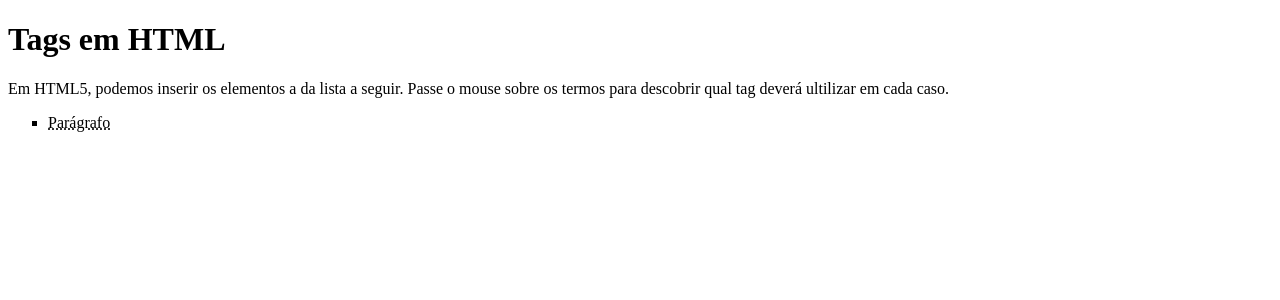
Repository: pheonix5/Estudo
Page: html-css/desafio/d006/inde.html
The author's editor kept a copy of each file at every save. The page is drawn from the files as they stood at one save, then again after the next save.
The browser window is 1280 px wide. The pictures show the whole page.

Above is the page before, as saved 2023-08-02 20:41:10.

After the next save:
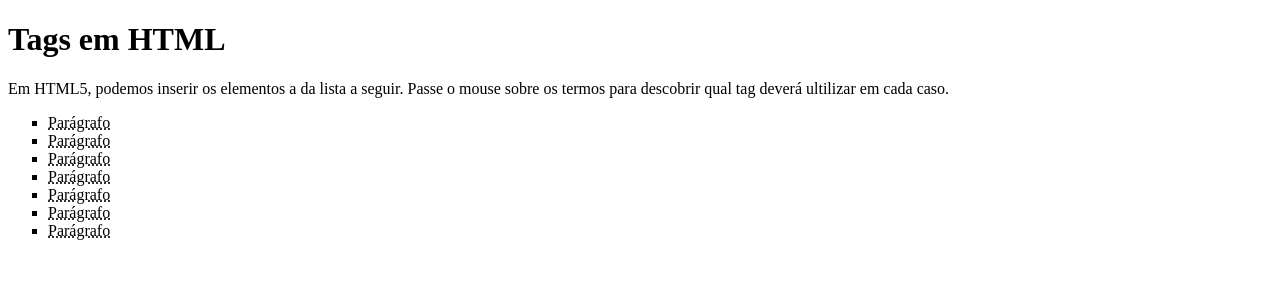
Saved 18 s later.
--- a/html-css/desafio/d006/inde.html
+++ b/html-css/desafio/d006/inde.html
@@ -11,6 +11,18 @@
 
   <ul type="square">
     <li><abbr title="Use a tag <p>">Parágrafo</abbr></li>
+
+    <li><abbr title="Use a tag <p>">Parágrafo</abbr></li>
+
+    <li><abbr title="Use a tag <p>">Parágrafo</abbr></li>
+
+    <li><abbr title="Use a tag <p>">Parágrafo</abbr></li>
+
+    <li><abbr title="Use a tag <p>">Parágrafo</abbr></li>
+
+    <li><abbr title="Use a tag <p>">Parágrafo</abbr></li>
+
+    <li><abbr title="Use a tag <p>">Parágrafo</abbr></li>
   </ul>
 </body>
 </html>
